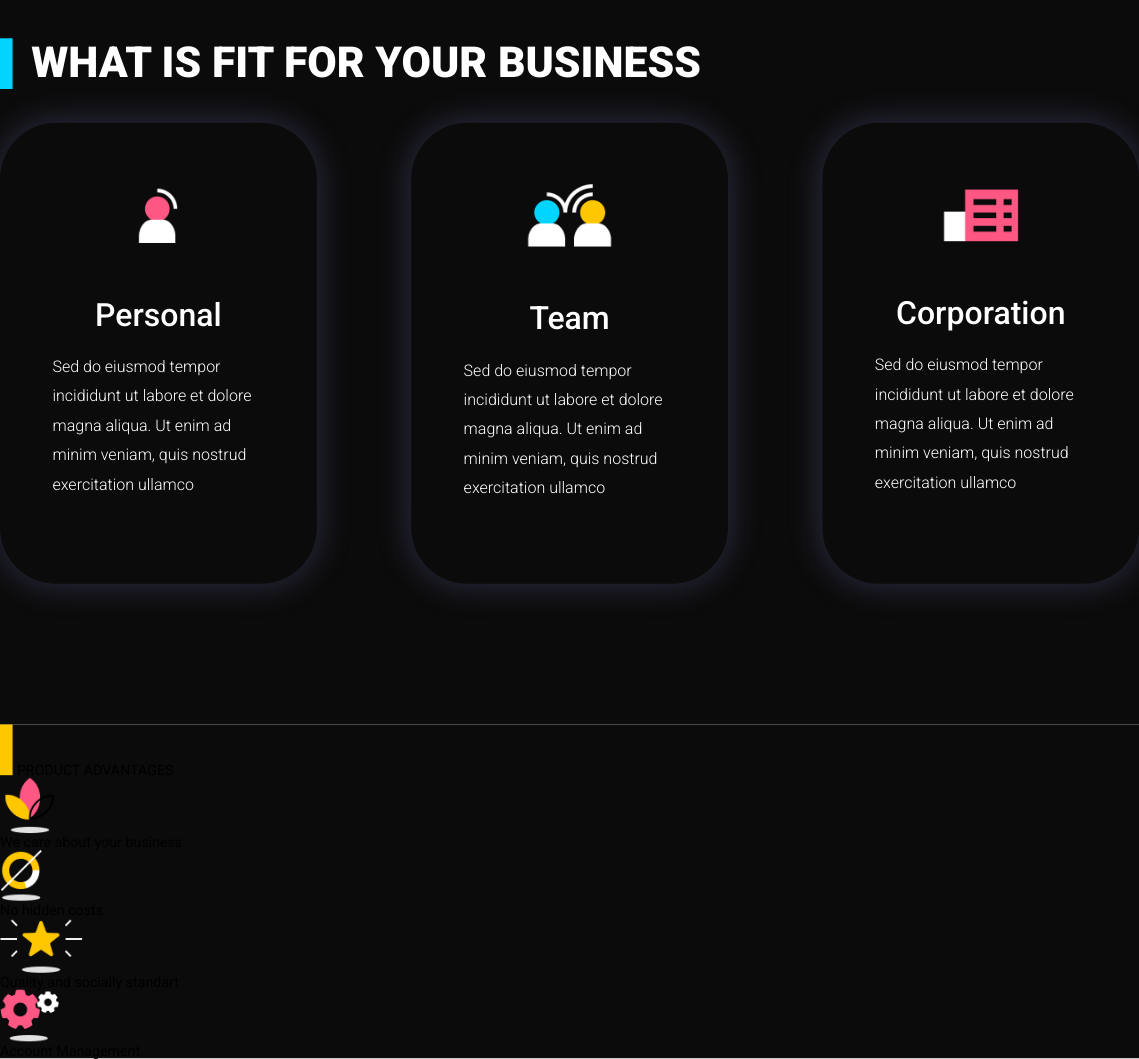
Repository: VetaWhale/team-site-test
Page: index.html
These files come from the project's save history. The page is drawn as it stood at one moment and after the next save; the edit follows.
The browser window is 1280 px wide. The pictures show the whole page, at 89% of full size.
Some web fonts or font styles are not loaded; a fallback is used.

Above is the page before, as saved 2023-04-24 14:20:14.

After the next save:
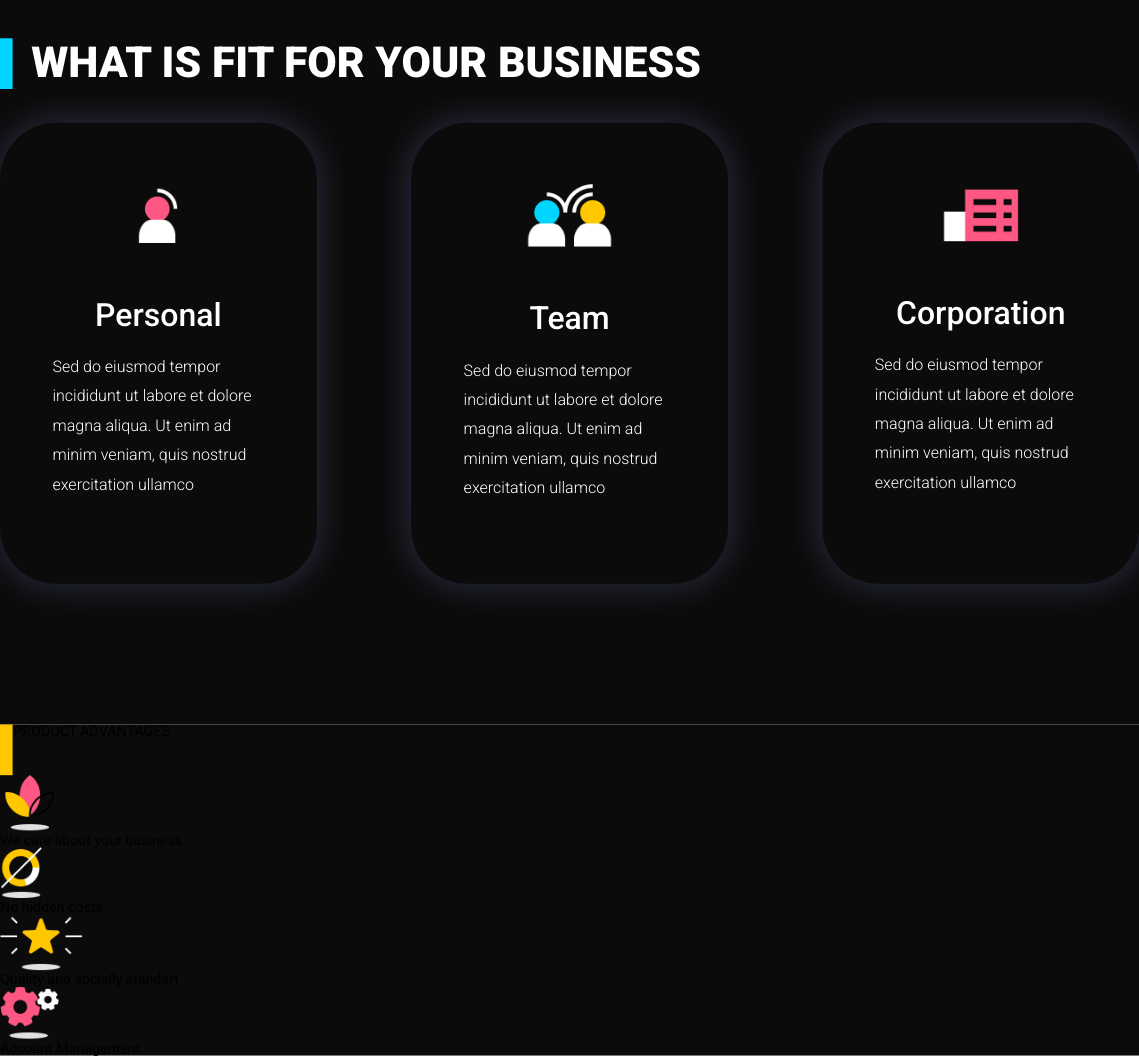
Saved 50 s later.
--- a/css/product.css
+++ b/css/product.css
@@ -3,3 +3,7 @@
     background-color: #0C0B0B;
     margin: 0 auto;
 }
+
+.product__title {
+    display: flex;
+}
